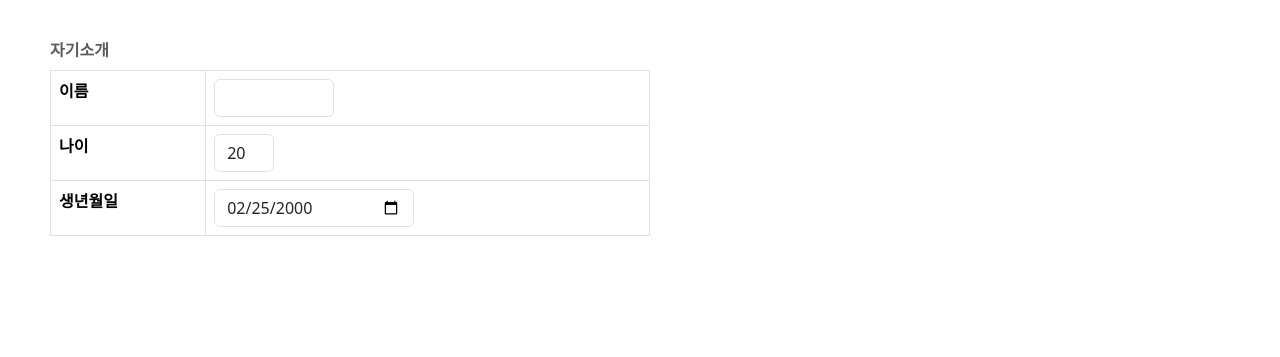
Repository: GANADAG/jspProject
Page: http://localhost/JspProject/intro/addForm.jsp
An editor plug-in stored every save of this project. The page is shown before and after the next save, followed by the edit.
The browser window is 1280 px wide. The pictures show the whole page.
Some web fonts or font styles are not loaded; a fallback is used. The page is served by Tomcat 9.

Above is the page before, as saved 2024-03-06 07:26:51.

After the next save:
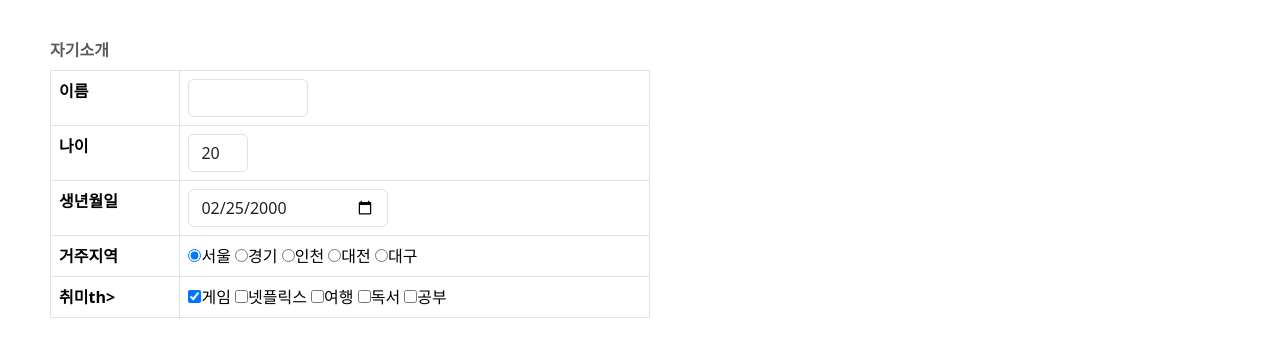
Saved 3 min 46 s later.
--- a/JspProject/src/main/webapp/intro/addForm.jsp
+++ b/JspProject/src/main/webapp/intro/addForm.jsp
@@ -36,6 +36,28 @@
 				</td>
 				</tr>
 
+				<tr>
+					<th>거주지역</th>
+					<td>
+						<label><input type="radio" name="hometown" value="서울" checked="checked">서울</label>
+						<label><input type="radio" name="hometown" value="경기">경기</label>
+						<label><input type="radio" name="hometown" value="인천">인천</label>
+						<label><input type="radio" name="hometown" value="대전">대전</label>
+						<label><input type="radio" name="hometown" value="대구">대구</label>
+					</td>
+				</tr>
+
+				<tr>
+					<th>취미th>
+					<td>
+						<label><input type="checkbox" name="hobby" value="게임" checked="checked">게임</label>
+						<label><input type="checkbox" name="hobby" value="넷플릭스">넷플릭스</label>
+						<label><input type="checkbox" name="hobby" value="여행">여행</label>
+						<label><input type="checkbox" name="hobby" value="독서">독서</label>
+						<label><input type="checkbox" name="hobby" value="공부">공부</label>
+					</td>
+				</tr>
+
 			</table>
 		</form>
 	</div>
